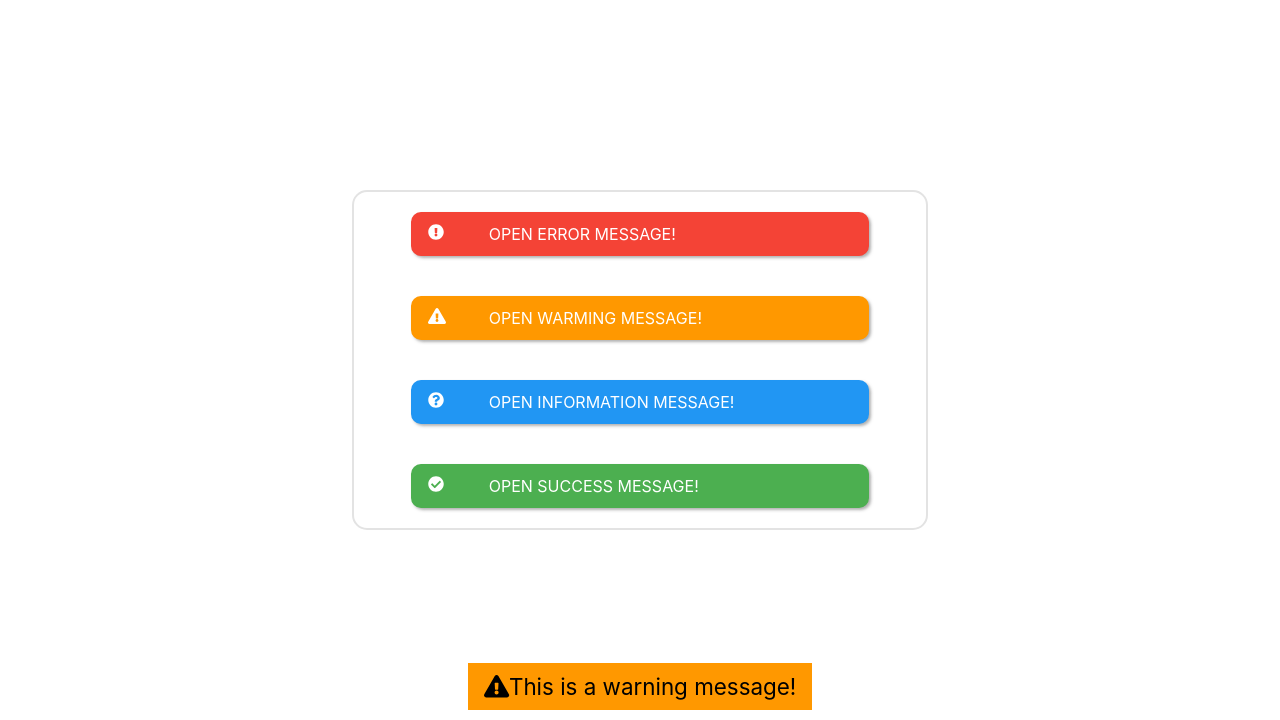
Repository: KrzysKolo/sr_tydzien5_zad2
Page: /, after clicking the first element matching `div.wrapper--btn > :nth-child(2)`
An editor plug-in stored every save of this project. The page is shown before and after the next save, followed by the edit.
The browser window is 1280 px wide. The pictures show the whole page.
The project was rebuilt for these pictures with package versions that can differ from the ones it lists, and the page was loaded fresh each time.

Above is the page before, as saved 2020-12-28 04:38:32.

After the next save:
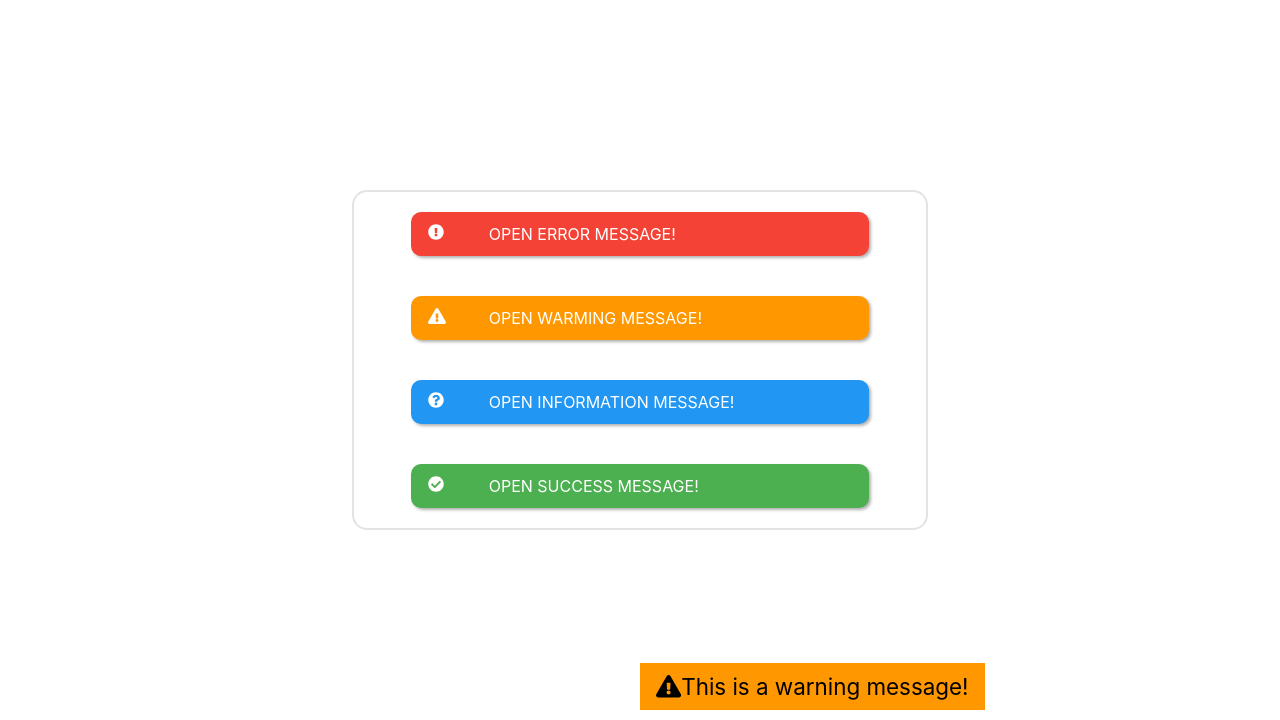
Saved 25 s later.
--- a/src/App.css
+++ b/src/App.css
@@ -62,7 +62,7 @@
 .center-bottom {
   position: absolute;
   bottom: 10px;
-  left: calc(100vw-50%);
+  left: 50vw;
 }
 .center-left {
   position: absolute;

After the save that followed:
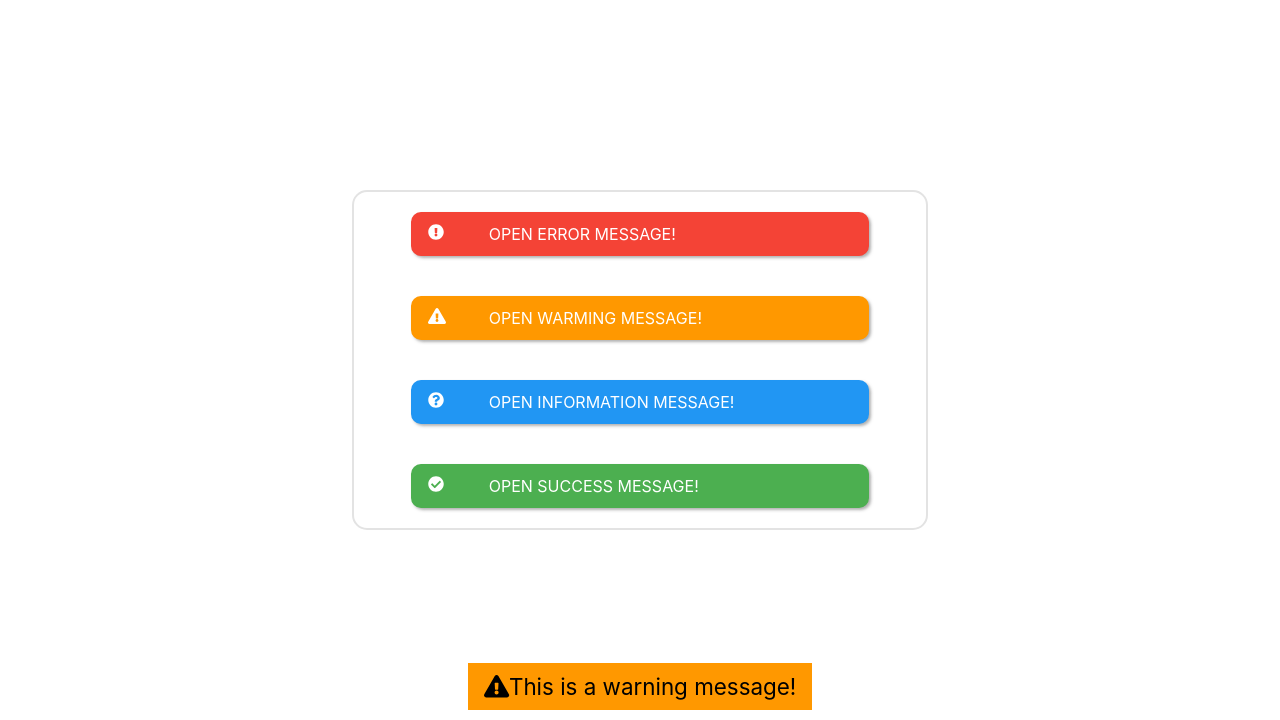
Saved 15 s later.
--- a/src/App.css
+++ b/src/App.css
@@ -62,7 +62,7 @@
 .center-bottom {
   position: absolute;
   bottom: 10px;
-  left: 50vw;
+  left: calc(100vw-50%);
 }
 .center-left {
   position: absolute;
